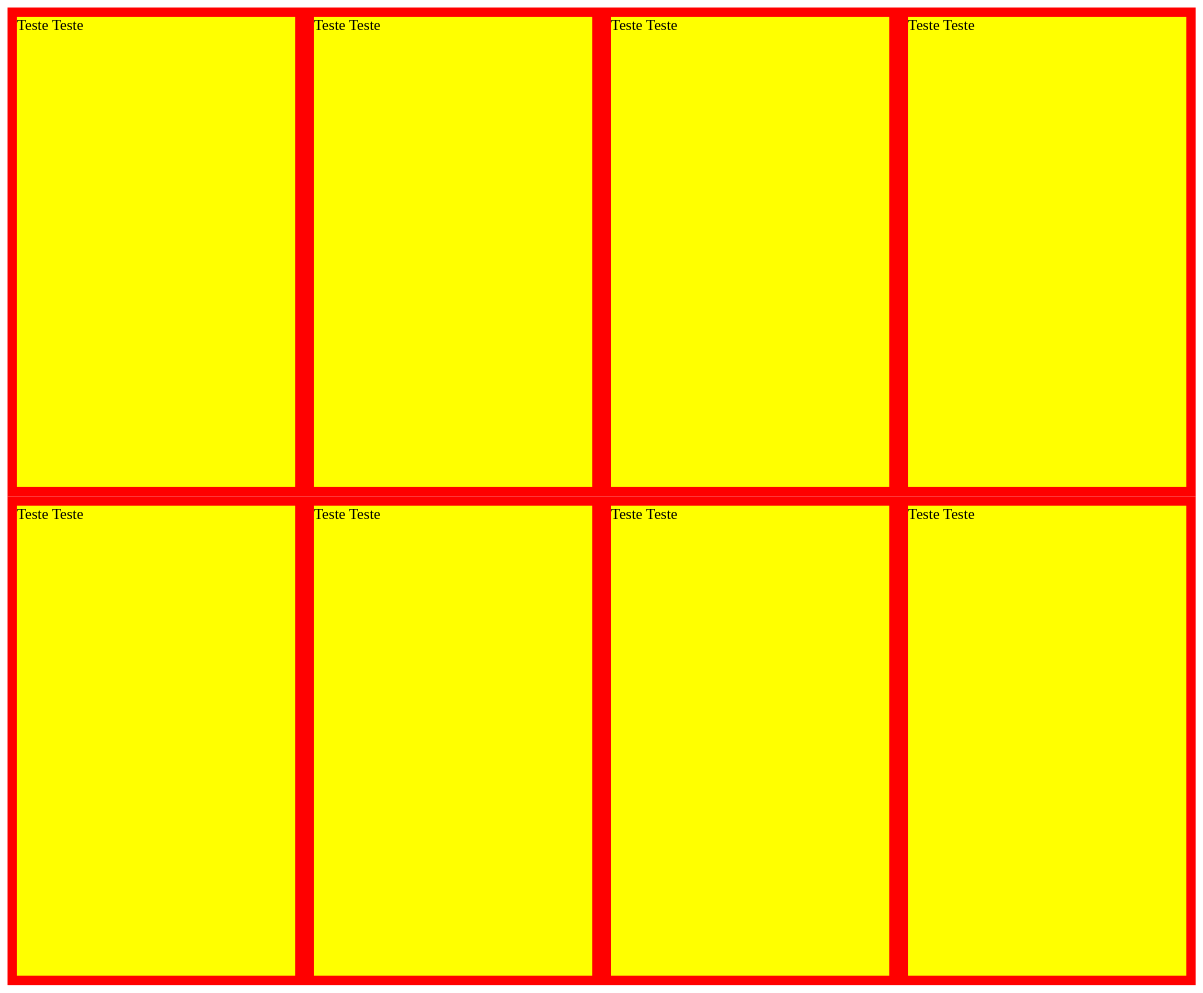
Repository: Leandromarim/Curso_Origamid
Page: index.html
The author's editor kept a copy of each file at every save. The page is drawn from the files as they stood at one save, then again after the next save.
The browser window is 1280 px wide. The pictures show the whole page, at 94% of full size.

Above is the page before, as saved 2023-07-19 00:37:18.

### index.html
<!DOCTYPE html>
<html lang="pt-br">

<head>
    <meta charset="UTF-8">
    <meta name="viewport" content="width=device-width, initial-scale=1.0">
    <link rel="stylesheet" href="./css/stylesheet.css">
    <title>Meu Currículo</title>
</head>

<body>
    <section class="container">
        <div class="item">Teste Teste</div>
        <div class="item">Teste Teste</div>
        <div class="item">Teste Teste</div>
        <div class="item">Teste Teste</div>
    </section>
    <section class="container">
        <div class="item">Teste Teste</div>
        <div class="item">Teste Teste</div>
        <div class="item">Teste Teste</div>
        <div class="item">Teste Teste</div>
    </section>
</body>

</html>

### css/stylesheet.css
section.container {
    display: flex;
    position: relative;
    background-color: red;
    align-items: center;
    justify-content: center;
}

div.item {
    display: flex;
    flex-wrap: wrap;
    position: relative;
    width: 500px;
    height: 500px;
    margin: 10px;
    background-color: yellow
}

After the next save:
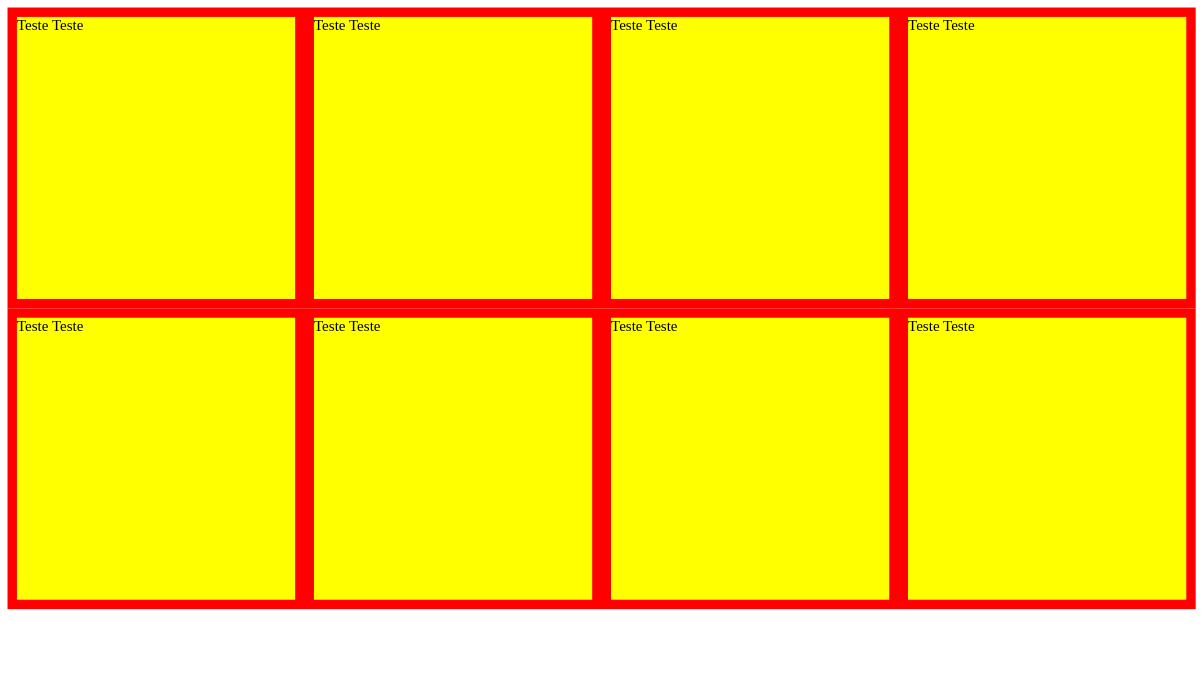
Saved 22 s later.
--- a/css/stylesheet.css
+++ b/css/stylesheet.css
@@ -10,8 +10,8 @@
     display: flex;
     flex-wrap: wrap;
     position: relative;
-    width: 500px;
-    height: 500px;
+    width: 300px;
+    height: 300px;
     margin: 10px;
     background-color: yellow
 }
